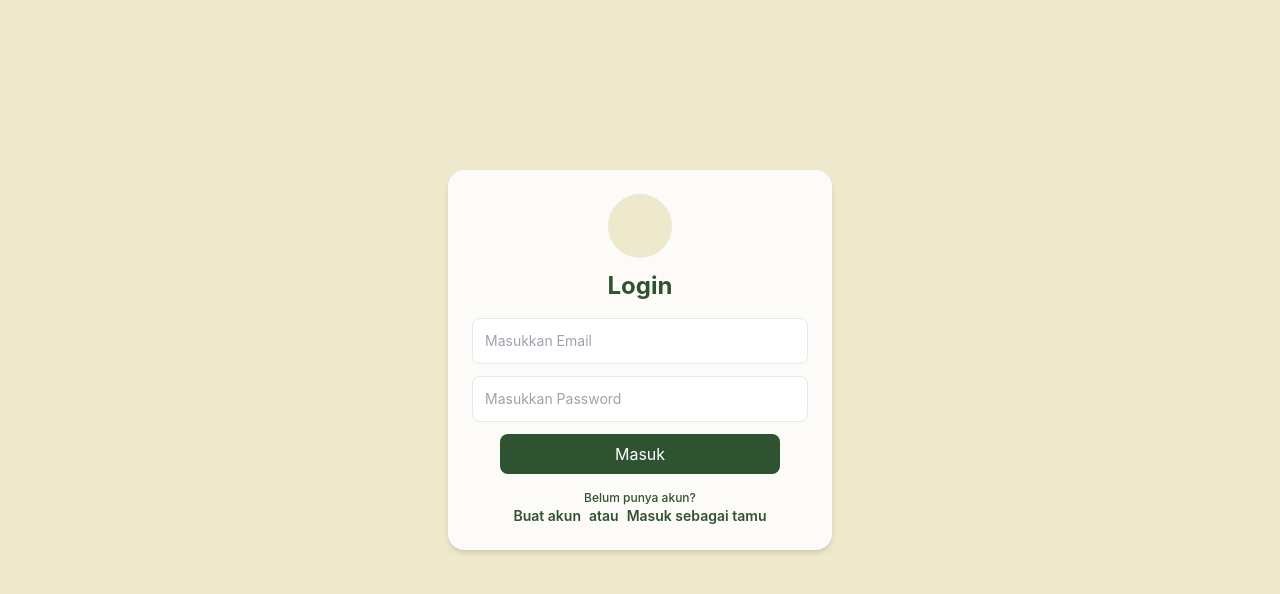
Repository: PajarAland/DiagramCoffee
Page: /login
An editor plug-in stored every save of this project. The page is shown before and after the next save, followed by the edit.
The browser window is 1280 px wide. The pictures show the whole page.
The project was rebuilt for these pictures with package versions that can differ from the ones it lists, and the page was loaded fresh each time. Also part of the build but not shown: vite.config.js, src/pages/Landing.jsx, src/pages/Register.jsx.

Above is the page before, as saved 2026-04-25 01:57:41.

After the next save:
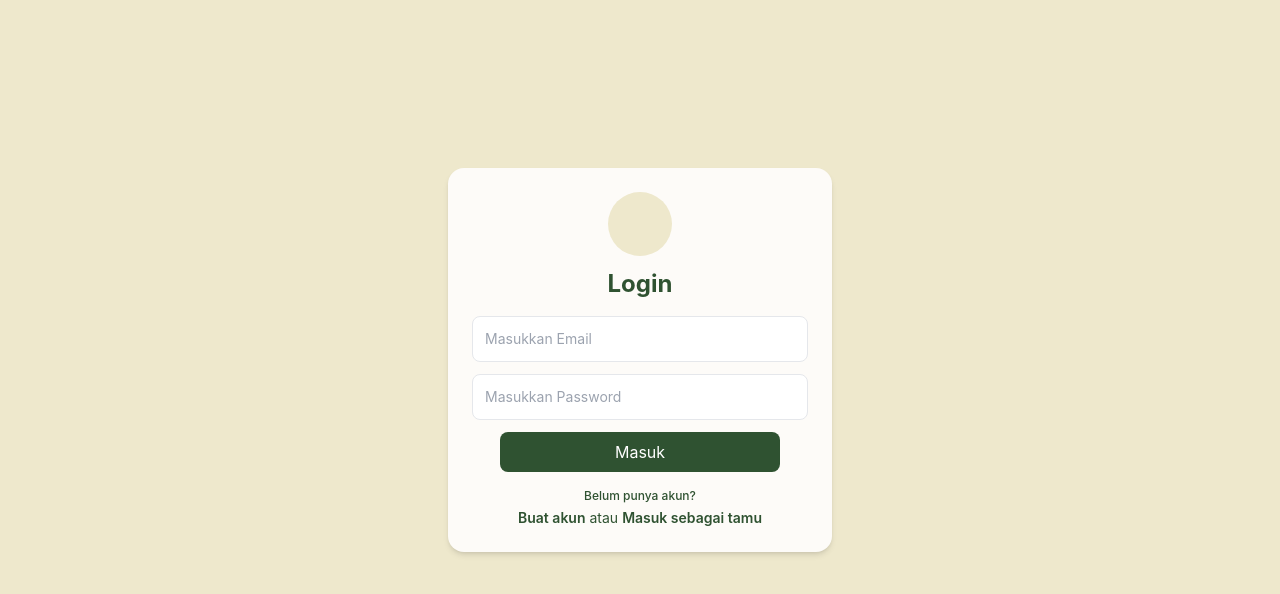
Saved 102 s later.
--- a/src/pages/Login.jsx
+++ b/src/pages/Login.jsx
@@ -109,12 +109,12 @@
                 </span>
             </div> */}
 
-            <div className="text-sm text-[#2F5231] font-semibold space-x-2">
-                <Link to="/register">
+            <div className="text-sm text-[#2F5231] mt-1 flex items-center justify-center gap-1">
+                <Link to="/register" className="font-semibold hover:underline">
                     Buat akun
                 </Link>
-                <span>atau</span>
-                <Link to="/homeGuest">
+                <span className="font-normal">atau</span>
+                <Link to="/homeGuest" className="font-semibold hover:underline">
                     Masuk sebagai tamu
                 </Link>
             </div>
